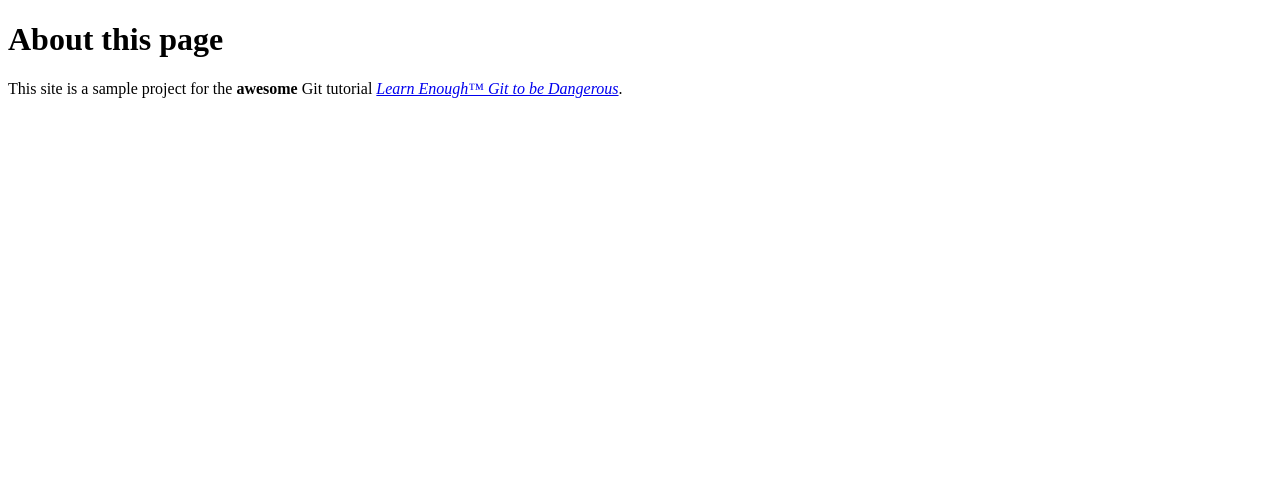
Repository: rvass/learn-enough-git
Page: about.html
The author's editor kept a record of every edit. The page is drawn from the files as they stood at one moment, then again after the next edit.
The browser window is 1280 px wide. The pictures show the whole page.

Above is the page before.

After the next edit:
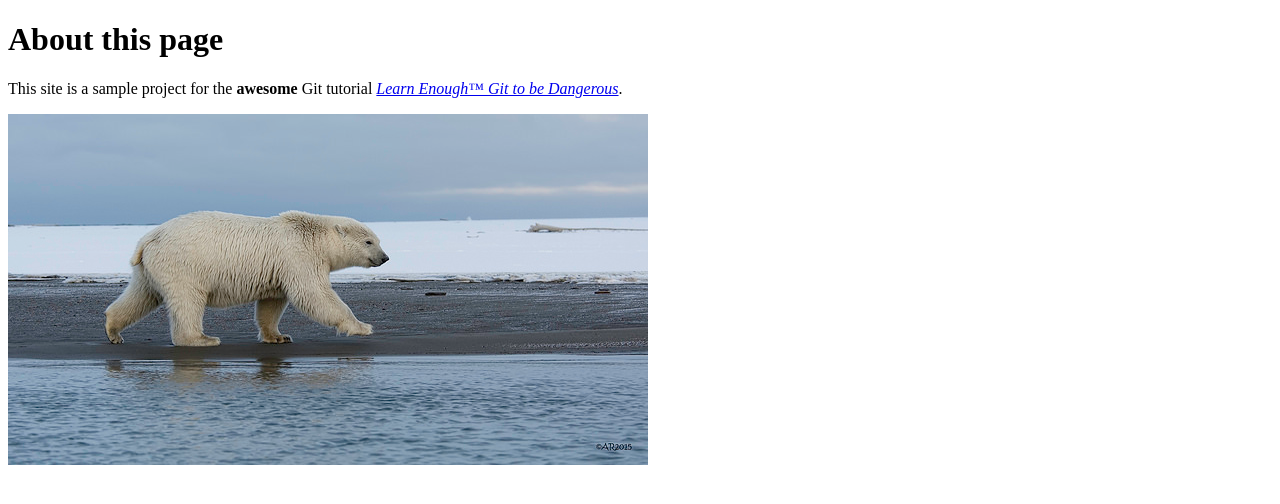
The edit:
--- a/about.html
+++ b/about.html
@@ -9,5 +9,8 @@
     This site is a sample project for the <strong>awesome</strong> Git
     tutorial <a href="https://www.learnenough.com/git-tutorial"><em>Learn Enough™ Git to be Dangerous</em></a>.
     </p>
+    <a href="https://www.flickr.com/photos/puliarfanita/22959238329">
+      <img src="images/polar_bear.jpg" alt="Polar bear">
+    </a>
   </body>
 </html>
